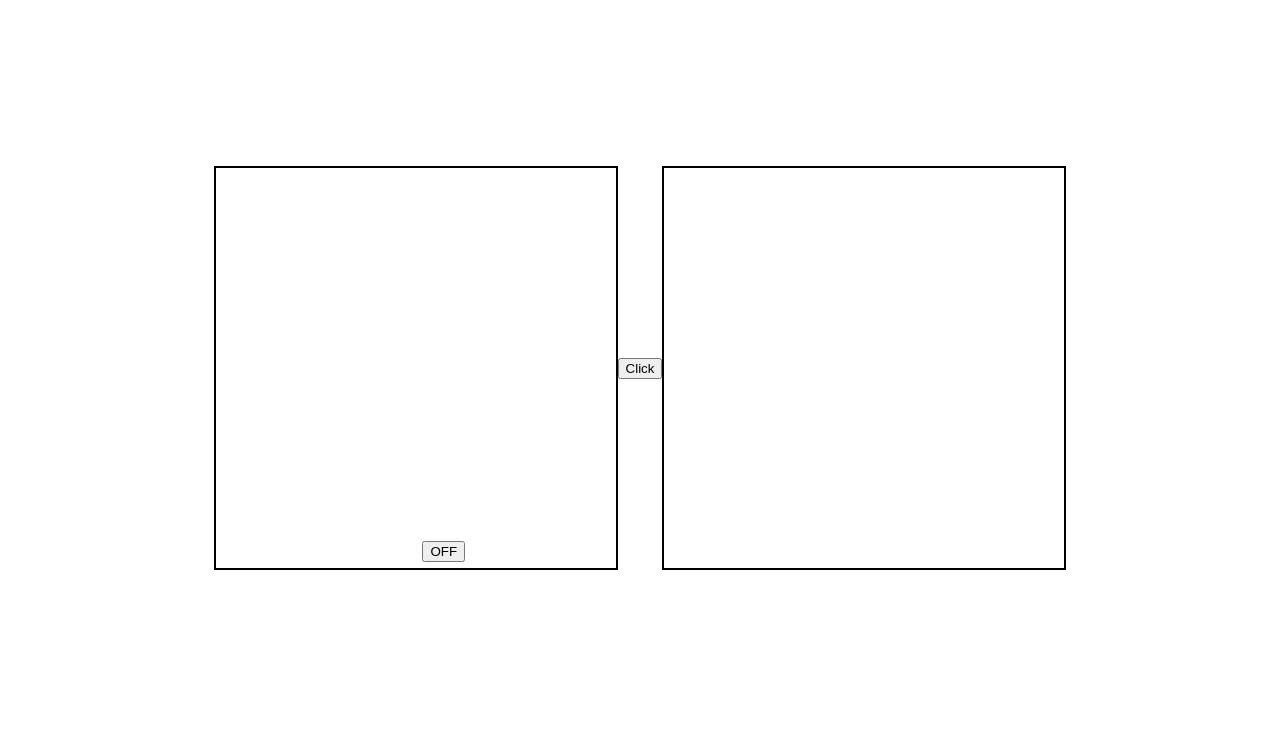
Repository: dmpelaez/photoBoothy
Page: Photobooth.html
An editor plug-in stored every save of this project. The page is shown before and after a run of saves, followed by the edit.
The browser window is 1280 px wide. The pictures show the whole page.

Above is the page before, as saved 2025-12-16 21:02:24.

After the next 3 saves:
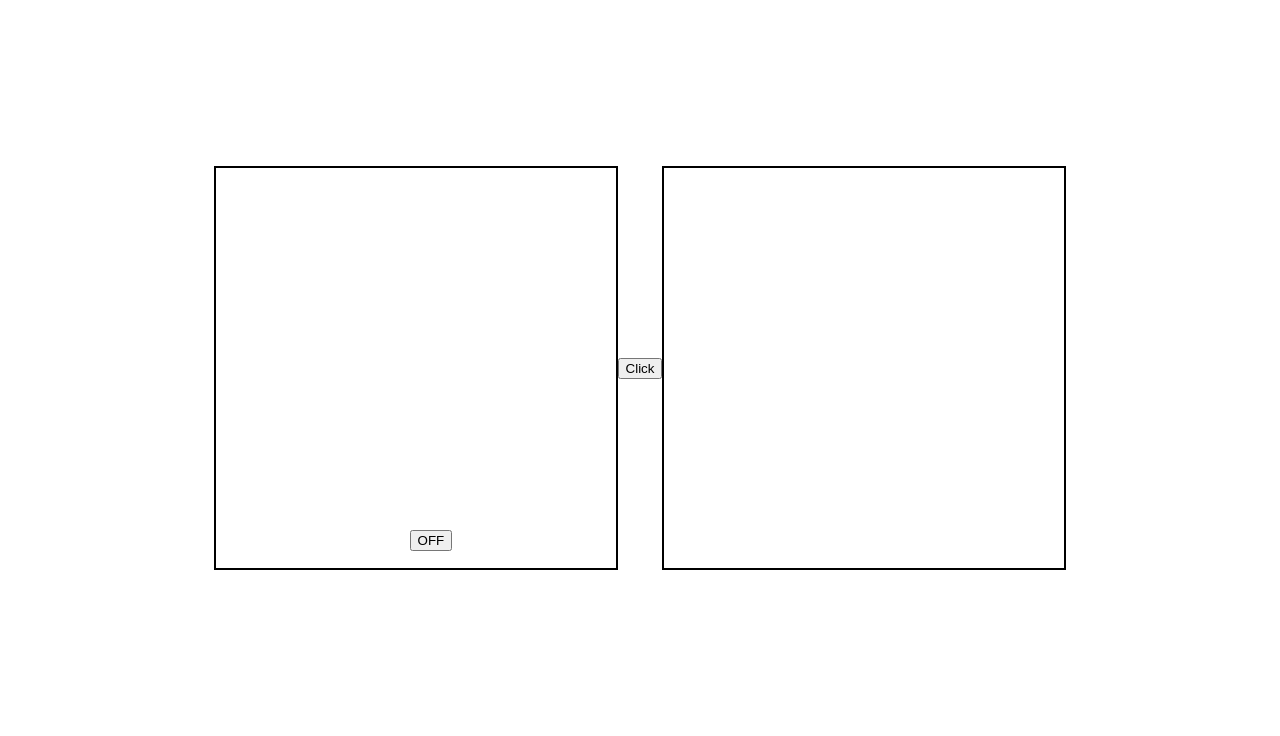
The 3 saves are shown as one change because they came seconds apart.
The last was saved 10 s later.
--- a/Photobooth.css
+++ b/Photobooth.css
@@ -13,8 +13,8 @@ body {
 }
 #btn-toggle {
   position: absolute;
-  left: 33%;
-  bottom: 22%;
+  left: 32%;
+  bottom: 23.5%;
 }
 .timer {
 display: none;
